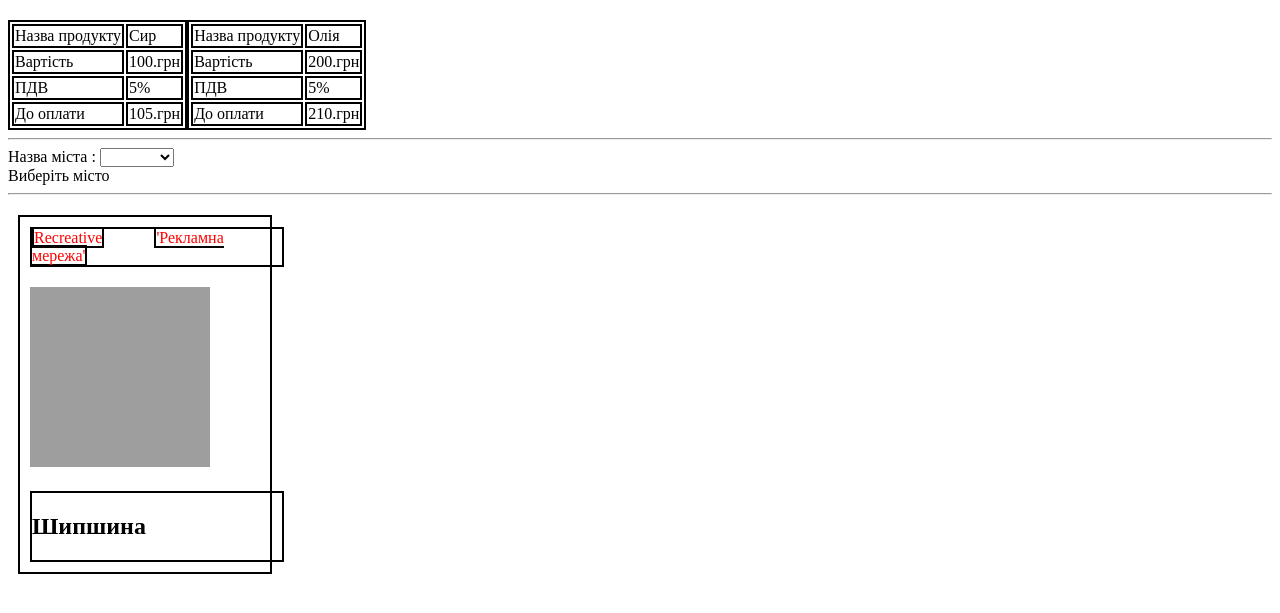
Repository: AnatoliyZaporozhets/HomeTask
Page: / (app in HomeWork_1/)
These files come from the project's save history. The page is drawn as it stood at one moment and after the next save; the edit follows.
The browser window is 1280 px wide. The pictures show the whole page.
Pictures or frames that could not be fetched are drawn as grey boxes. The project was rebuilt for these pictures with package versions that can differ from the ones it lists, and the page was loaded fresh each time.

Above is the page before, as saved 2022-04-12 21:03:52.

After the next save:
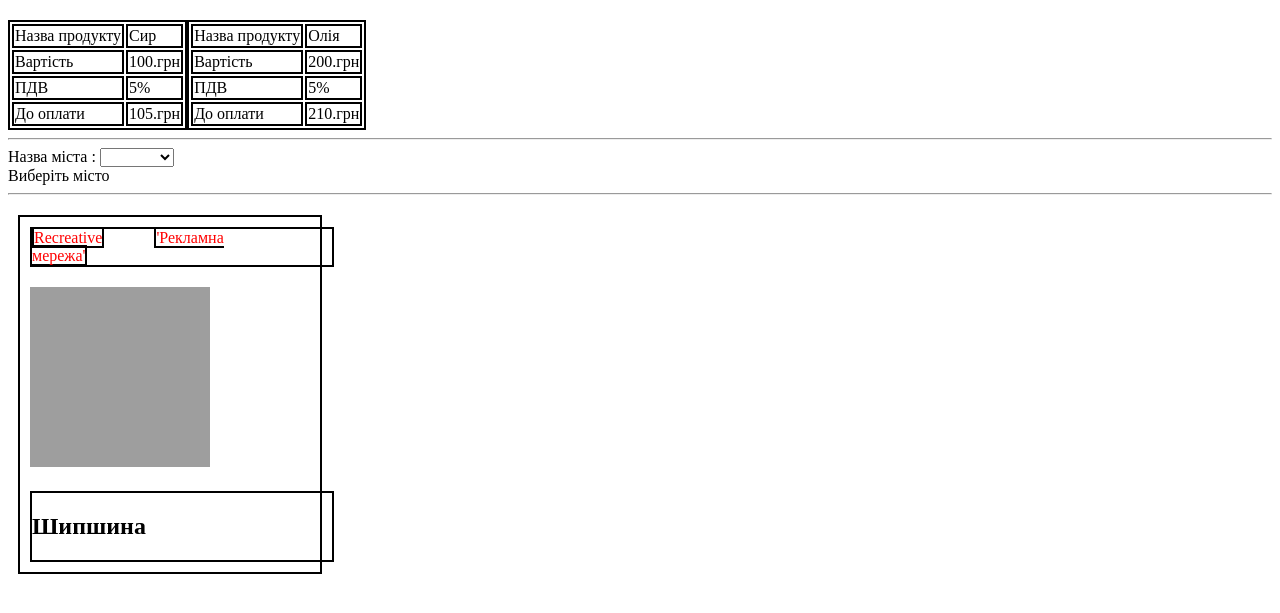
Saved 5 s later.
--- a/HomeWork_1/src/components/BannerList/Banner/index.vue
+++ b/HomeWork_1/src/components/BannerList/Banner/index.vue
@@ -45,7 +45,7 @@ img{
 div{
  margin: 10px;
     border: 2px solid black;
-    width: 250px;
+    width: 300px;
 }
 #app{
 
